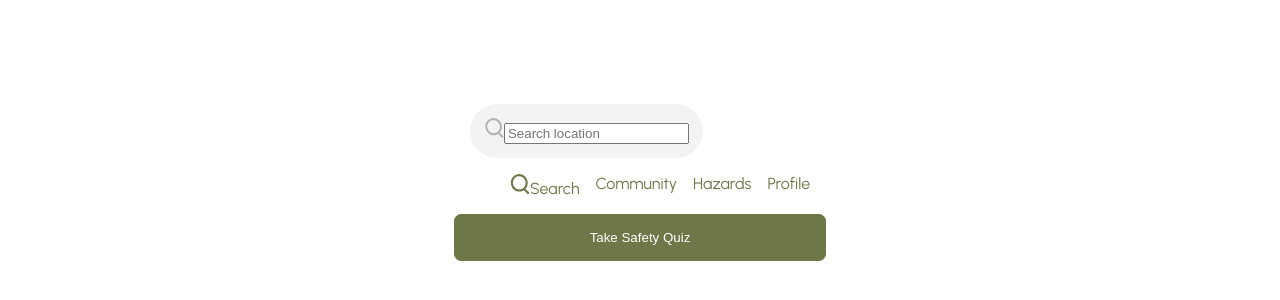
Repository: Aladdin3r/SafeCycle
Page: /
The author's editor kept a copy of each file at every save. The page is drawn from the files as they stood at one save, then again after the next save.
The browser window is 1280 px wide. The pictures show the whole page.
The project was rebuilt for these pictures with package versions that can differ from the ones it lists, and the page was loaded fresh each time. The framework's server and built-in components were replaced by stand-ins that run in the browser.

Above is the page before, as saved 2024-04-15 11:11:58.

### pages/index.js
import Head from "next/head";
import styles from "@/styles/Home.module.css";
import Link from 'next/link'
import NavBar from "@/components/NavBar";


export default function Home() {
  return (
    <>
      <Head>
        <title>SafeCycle</title>
        <meta name="description" content="Home Page" />
        <meta name="viewport" content="width=device-width, initial-scale=1" />
        <link rel="icon" href="/favicon3.png" />
      </Head>
      <main className={`${styles.main}`}>
        <NavBar />
        <Link href="/quiz/questionOne">
          <button  className={styles.button}>Take Safety Quiz</button>
        </Link>

      </main>
    </>
  );
}

### styles/globals.css
@import url('https://fonts.googleapis.com/css2?family=Urbanist:wght@300;400;500;600&display=swap');

:root {
  --grey: #F3F3F3;
  --button-color: #6e7747;
  --button-color-hover: #4d5527;
  --correct: #008000;
  font-family: 'Urbanist', sans-serif;
}

### styles/Home.module.css
.main {
  display: flex;
  flex-direction: column;
  justify-content: space-between;
  align-items: center;
  padding: 6rem;
  min-height: 20vh;
}

.button {
  width: 372px;
  height: 47px;
  background-color: var(--button-color);
  color: white;
  border: 1.5px solid var(--button-color);
  border-radius: 7px;
}
.button:hover{
  width: 372px;
  height: 47px;
  background-color: var(--button-color-hover);
  color: white;
  border: 1.5px solid var(--button-color-hover);
  border-radius: 7px;
}

### components/NavBar/index.js
import nextConfig from '@/next.config.mjs'
import styles from './NavBar.module.css'
import Image from 'next/image'

export default function NavBar() {
    return(
        <div className={styles.Container}>
            <div className={styles.navigation}>
                <form>
                    <div className={styles.search}>
                        <Image className={styles.searchIcon} src="./icons/search.svg" width={20} height={20} />
                        <input className={styles.searchInput} type="search" placeholder='Search location'></input>
                    </div>
                </form>
                <ul>
                    <li className={styles.list}>
                        <Image src="./icons/searchgreen.svg" width={20} height={20} />
                        <a>Search</a>
                    </li>
                    <li className={styles.list}>
                        <a>Community</a>
                    </li>
                    <li className={styles.list}>
                        <a>Hazards</a>
                    </li>
                    <li className={styles.list}>
                        <a>Profile</a>
                    </li>

                </ul>
            </div>
        </div>
    )
}

### components/NavBar/NavBar.module.css
.search {
    width: max-content;
    align-items: center;
    padding: 14px;
    border-radius: 28px;
    background-color: var(--grey);
}

.container {
    display: flex;
    justify-content: center;
    align-items: center;
}

.navigation ul{
    display: flex;
    flex-direction: row;
    gap: 1em;
    list-style-type: none;
    background-color: white;
    color: var(--button-color);
}

Loaded but not shown: pages/_app.js (common file); pages/_document.js (common file); next.config.mjs (common file)

After the next save:
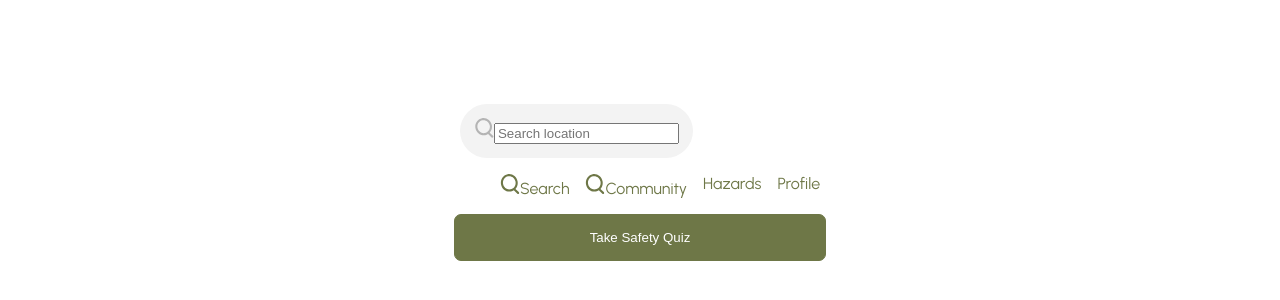
Saved 5 s later.
--- a/components/NavBar/index.js
+++ b/components/NavBar/index.js
@@ -18,6 +18,7 @@ export default function NavBar() {
                         <a>Search</a>
                     </li>
                     <li className={styles.list}>
+                    <Image src="./icons/searchgreen.svg" width={20} height={20} />
                         <a>Community</a>
                     </li>
                     <li className={styles.list}>
